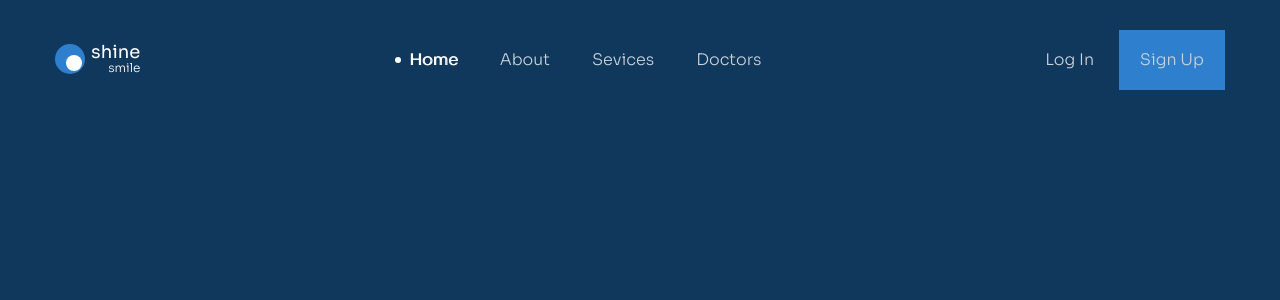
Repository: trungnguyen131/project-03
Page: index.html
The author's editor kept a copy of each file at every save. The page is drawn from the files as they stood at one save, then again after the next save.
The browser window is 1280 px wide. The pictures show the whole page.

Above is the page before, as saved 2024-03-31 16:17:52.

After the next save:
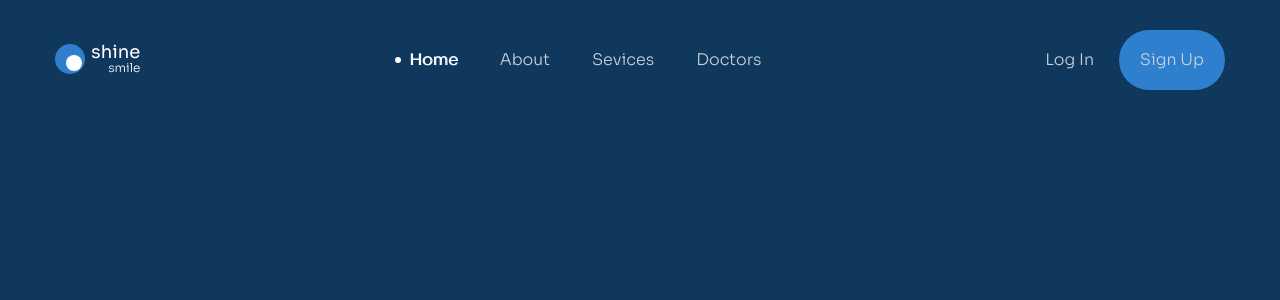
Saved 4 s later.
--- a/assets/css/style.css
+++ b/assets/css/style.css
@@ -33,7 +33,7 @@
     padding: 0 20px;
     display: inline-block;
     line-height: 52px;
-    border-radius: ;
+    border-radius: 99px;
 }
 
 /* Header */
